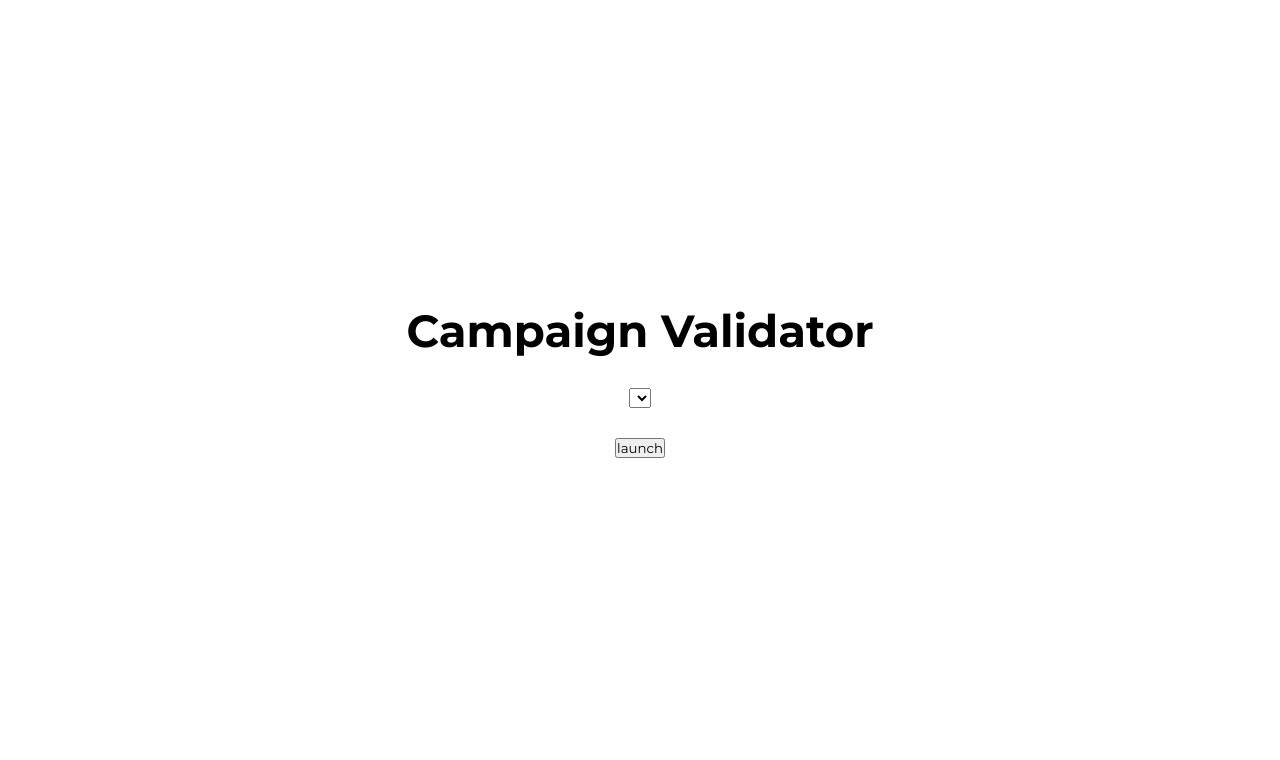
Repository: AbApin/project
Page: / (app in frontend/)
The author's editor kept a copy of each file at every save. The page is drawn from the files as they stood at one save, then again after the next save.
The browser window is 1280 px wide. The pictures show the whole page.
The page's requests for data from a server got no answer. The project was rebuilt for these pictures with package versions that can differ from the ones it lists, and the page was loaded fresh each time. No one was signed in, and anything a server would have sent is missing. Also part of the build but not shown: frontend/vue.config.js.

Above is the page before, as saved 2023-02-21 15:55:10.

After the next save:
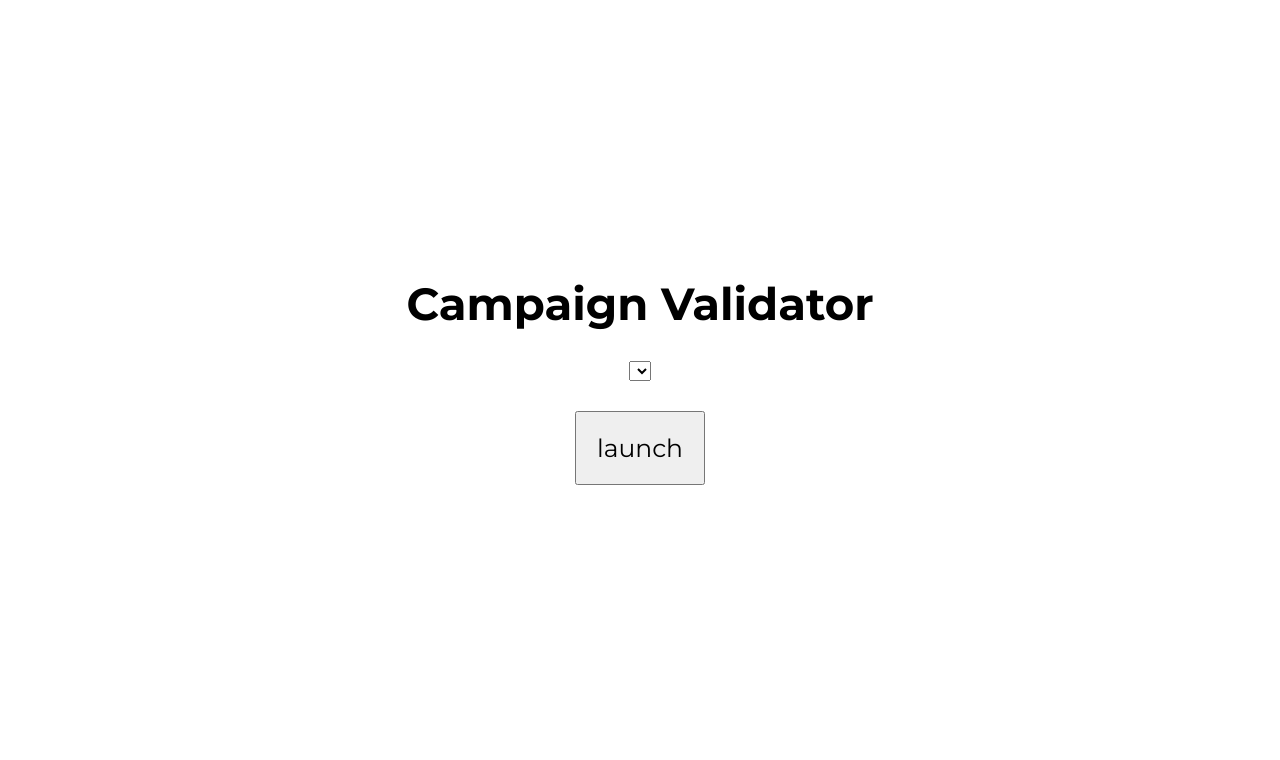
Saved 5 s later.
--- a/frontend/src/App.vue
+++ b/frontend/src/App.vue
@@ -44,7 +44,7 @@ export default {
   font-size: 45px;
 }
 .launchBtn{
-  fo
+  font-size: 25px;
   padding: 20px;
 }
 </style>
